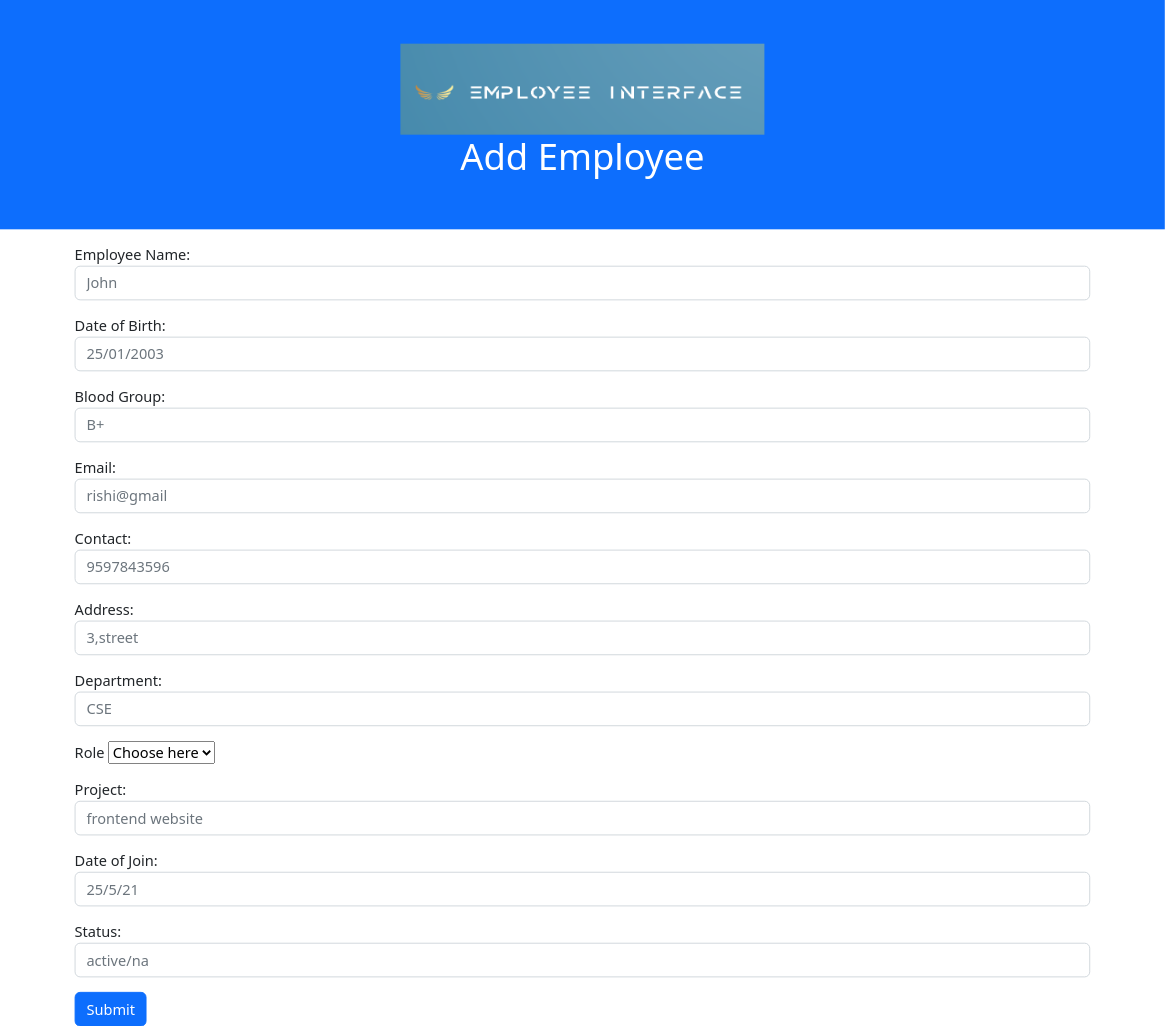
Repository: Rishicollinz/Java_Fullstack
Page: Eclipse 2/jspproject/src/main/webapp/add/add.html
An editor plug-in stored every save of this project. The page is shown before and after the next save, followed by the edit.
The browser window is 1280 px wide. The pictures show the whole page, at 91% of full size.

Above is the page before, as saved 2023-05-19 10:18:51.

After the next save:
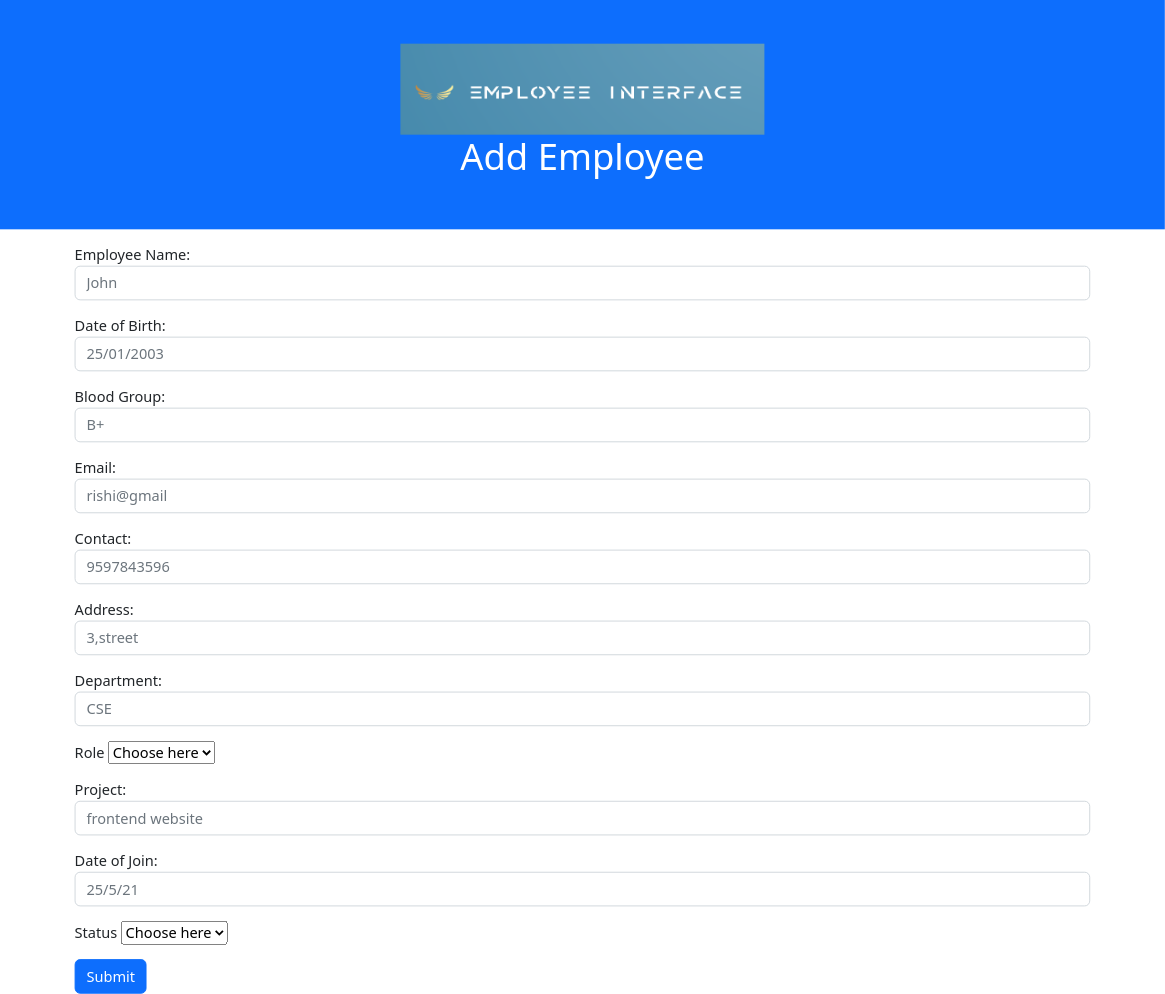
Saved 10 min 36 s later.
--- a/Eclipse 2/jspproject/src/main/webapp/add/add.html
+++ b/Eclipse 2/jspproject/src/main/webapp/add/add.html
@@ -65,10 +65,21 @@
       <label for="doj">Date of Join:</label>
       <input type="text" class="form-control"  placeholder="25/5/21" name="doj" required>
     </div>
+    <!--
     <div class="mb-3 mt-3">
       <label for="status">Status:</label>
       <input type="text" class="form-control"  placeholder="active/na" name="status" required>
-    </div>
+    </div>-->
+
+    <div class="mb-3 mt-3">
+    	<label for="status">Status</label>
+  		<select name="status" id="status" required>
+  			 <option value="" selected disabled hidden>Choose here</option>
+		    <option value="active">Active</option>
+		    <option value="notActive">Not Active</option>
+  		</select>
+  	</div>
+
 
     <button type="submit" class="btn btn-primary">Submit</button>
   </form>
